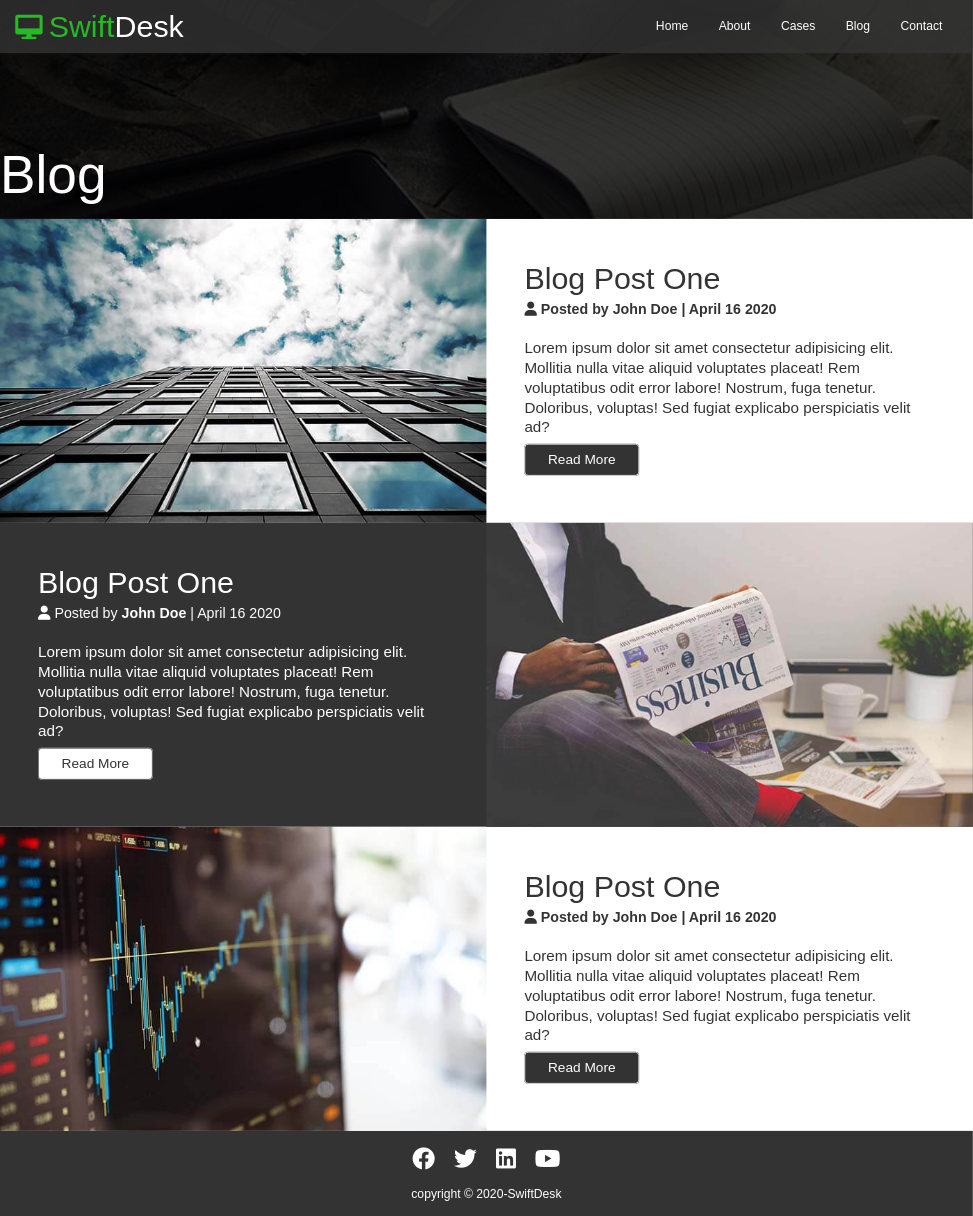
Repository: reemoon-ctrl/swiftdisk-Website-Flexbox
Page: blog.html
These files come from the project's save history. The page is drawn as it stood at one moment and after a run of saves; the edit follows.
The browser window is 1280 px wide. The pictures show the whole page, at 76% of full size.

Above is the page before, as saved 2024-07-29 13:14:03.

### blog.html
<!DOCTYPE html>
<html lang="en">
<head>
    <meta charset="UTF-8">
    <meta name="viewport" content="width=device-width, initial-scale=1.0">
    <title>
        Swift Desk
    </title>
    <link rel="stylesheet" href="https://cdnjs.cloudflare.com/ajax/libs/font-awesome/6.0.0-beta3/css/all.min.css">

    <link rel="stylesheet" href="index.css">
    <link rel="stylesheet" href="media.css">
</head>
<body>
    <div class="blog-case" id="blog-case">
        <header>
            <div class="nav-bar">
                <div class="title-bar">
                    <i class="fas fa-desktop fa-2x" style="color: rgb(37, 187, 37)"></i>
                    <h1 class="title"><span class="fword"> Swift</span>Desk</h1>
                </div>
                <div class="link-bar">
                    <a href="index.html">Home</a>
                    <a href="index.html#about">About</a>
                    <a href="index.html#cases">Cases</a>
                    <a href="index.html#blog">Blog</a>
                    <a href="index.html#contact">Contact</a>
                </div>
            </div>
            <h1 class="blog-h1">Blog</h1>

        </header>
    </div>
    <div>
        <div class="blog-light" id="blog">

            <div class="blog-content-light">

                <h2>Blog Post One</h2>
                <h3><i class="fas fa-user"></i> Posted by <span class="author">John Doe</span> | April 16 2020</h3>
                <p>Lorem ipsum dolor sit amet consectetur
                    adipisicing elit. Mollitia nulla vitae aliquid voluptates placeat! Rem voluptatibus odit error labore! Nostrum, fuga tenetur. Doloribus, voluptas! Sed
                    fugiat explicabo perspiciatis velit ad?</p>
                <a href="index.html">Read More</a>
            </div>
            <div class="img-light"></div>
        </div>
    </div>
    <div>
        <div class="blog-dark" id="blog">
            <div class="img-dark"></div>
            <div class="blog-content-dark">

                <h2>Blog Post One</h2>
                <h3><i class="fa-solid fa-user"></i> Posted by <span class="author">John Doe</span> | April 16 2020</h3>
                <p>Lorem ipsum dolor sit amet consectetur
                    adipisicing elit. Mollitia nulla vitae aliquid voluptates placeat! Rem voluptatibus odit error labore! Nostrum, fuga tenetur. Doloribus, voluptas! Sed
                    fugiat explicabo perspiciatis velit ad?</p>
                <a href="index.html">Read More</a>
             </div>
        </div>
    </div>
    <div class="last-blog">
        <div class="blog-light" id="blog">

            <div class="blog-content-light">

                <h2>Blog Post One</h2>
                <h3><i class="fa-solid fa-user"></i> Posted by <span class="author">John Doe</span> | April 16 2020</h3>
                <p>Lorem ipsum dolor sit amet consectetur
                    adipisicing elit. Mollitia nulla vitae aliquid voluptates placeat! Rem voluptatibus odit error labore! Nostrum, fuga tenetur. Doloribus, voluptas! Sed
                    fugiat explicabo perspiciatis velit ad?</p>
                <a href="index.html">Read More</a>
            </div>
            <div class="img-light"></div>
        </div>
    </div>


    <footer>
            <ul class="footer-icon">
                <li><a href=""><i class="fa-brands fa-facebook"></i></a></li>
                <li><a href=""><i class="fa-brands fa-twitter"></i></a></li>
                <li><a href=""><i class="fa-brands fa-linkedin"></i></a></li>
                <li><a href=""><i class="fa-brands fa-youtube"></i></a></li>
            </ul>
            <p>copyright &copy; 2020-SwiftDesk</p>
    </footer>

</body>
</html>

### index.css
@import url('https://fonts.googleapis.com/css2?family=Open+Sans:ital,wght@0,300..800;1,300..800&family=Poppins:ital,wght@0,100;0,200;0,300;0,400;0,500;0,600;0,700;0,800;0,900;1,100;1,200;1,300;1,400;1,500;1,600;1,700;1,800;1,900&display=swap');


*{
    box-sizing: border-box;
    margin: 0;
    padding: 0;
}

body{
    font-family: 'Open Sans ', sans-serif;
}
h1,h2{
    font-weight: 300;
}
.nav-bar{
    display: flex;
    justify-content:space-between ;
    padding: 20px 20px;
    color:#fff;
    background-color: #333333cd;
    position: fixed;
    top: 0px;
    height:70px;
    width:100vw;
}
.title-bar{
    align-items: center;
    flex-grow: 1;
    display: flex;
    gap:.5rem;


}
.title-bar h1{
    display:inline-block;
    font-size:2.5rem;
    font-weight: 400;
}

.link-bar{

    /* flex-grow:1 ; */
    align-self: center;
    display: flex;
}
.link-bar a{
    padding: 23.5px 20px;
    color:#fff;
    text-decoration: none;


}
.link-bar a:hover{
    border-bottom: 2px #25bb25 solid;
}
.fword{
    color:#25bb25;
}
.show-case{
   height:100vh;
   text-align: center;
   color:#fff;
   position: relative;
   background:  url('img/home/showcase.jpg') no-repeat center center/cover;
}
.show-case *{
    z-index: 10;
}
.show-case::before{
    content:'';
    position: absolute;
    background: hsla(0%, 0%, 0%, 0.5);
    left: 0;
    top:0;
    width: 100%;
    height:100%;
}
.hd-content{
    padding-top: 18rem;
}
.hd-content h1{
    font-size: 3rem;
}
.hd-content p{
    font-size: 1.5rem;
    padding-top: .8rem;
    padding-bottom: .8rem;
}
.hd-content a{
    color: #fff;
    background:#45c745 ;
    padding: 10px 30px;
    border-radius: 5px;
    text-decoration: none;
    text-align: center;
    display: inline-block;
}
.about-section ul{
    display: flex;
    list-style: none;
    gap: 20px;

}
.about-srvice{
    padding: 50px ;
}
.about-srvice li{
    text-align: center;
}
.about-srvice li i{
    background-color: rgb(69, 199, 69);
    color:#fff;
    width:70px;
    height: 70px;
    border-radius: 70px;
    font-size: 40px;
    padding-top:15px ;


}
.about-srvice li h3{
    padding-top: 20px;
}
.about-srvice li p{
    padding-top: 20px;
    padding-bottom: 30px;
    font-size: 20px;
    color: dimgrey;
}

.solutions{
    display:flex;
    background: #45c745;

}
.solutions .img{
    width:50%;
    background: url('/img/home/people.jpg') center center/cover no-repeat;

}
.solution-content{
    color:#fff;
    padding:20px 30px;
    height:25rem;
    width: 50%;
}
.solution-content h2{
    font-size: 40px;
    font-weight: 500;
    padding: 1.5rem 0px;
}
.solution-content p{
    font-size: 20px;
    line-height: 1.3;
    margin-bottom: 20px;
}
.solution-content a{
    padding: 10px 40px;
    border: 1px solid;
    color:#fff;
    text-decoration: none;
    border-radius: 5px;
    font-size: 18px;
    display: inline-block;

}
.Business-case{
    width: 100vw;
}
.Business-case-content{
    text-align: center;
    padding-left: 30px;
    padding-right: 30px;
}
.Business-case-content h3{
    padding: 30px 0px;
}
.Business-case-content h2{
   padding-bottom: 30px;
    font-size: 40px;
    font-weight: 500;
}
.Business-case-content p{
    padding-bottom: 30px;
    font-size: 20px;
}
.BC-image{
    display: grid;
    grid-template-columns:25% 25% 25% 25%;
   gap: 20px;
   padding: 40px 0px;
}
.BCimg{
    width: 100%;
    height:100%;
    object-fit: cover;


}
.BCimg:hover{
    opacity: 0.7;
}
/* //////////////////////////////////// */
.blog{
    display:flex;
    background: #5145f3;
    flex-direction: row-reverse;

}
.img{
    width:50%;
    background: url('/img/home/blog.jpg') center center/cover no-repeat;

}
.blog-content{
    color:#fff;
    padding:20px 30px;
    height:25rem;
    width: 50%;
}
.blog-content h2{
    font-size: 40px;
    font-weight: 500;
    padding: 1.5rem 0px;
}
.blog-content p{
    font-size: 20px;
    line-height: 1.3;
    margin-bottom: 20px;
}
.blog-content a{
    padding: 10px 40px;
    border: 1px solid;
    color:#fff;
    text-decoration: none;
    border-radius: 5px;
    font-size: 18px;
    display: inline-block;

}
.our-team{
    padding-bottom: 40px;
}
.team-image{
    display: flex;
    justify-content: space-around;
    width: 100vw;
    list-style: none;
    text-align: center;

}
.team-image li h4{
    padding: 15px;
}
.tmimg{
    width: 90%;
    height:70%;
    border-radius: 70%;

}
.request{
    display: flex;
    background-color: #f4f4f4;
}
.request .img{
    background: url(/img/home/contact.jpg);
}
.form-content{
    color:#333;
    padding:20px 30px;
    height:25rem;
    width: 50%;
}
.form-content h2{
    color:#333;
    font-size: 40px;
    font-weight: 500;
    padding: 1.5rem 0px;
    font-weight:lighter;
}
.requwst-form{
    display: flex;
    flex-direction: column;
    gap :20px;

}
.requwst-form input{
border: #ddd;
color: #333;
font-size: 15px;
padding: 10px;
}
.requwst-form input:focus{
    outline-color:#25bb25 ;
}
.requwst-form input[type=submit]{
    background: #25bb25;
    color:#fff;
    cursor: pointer;
    border-radius: 5px;


}
.requwst-form input[type=submit]:hover{
    background-color: #6de66d;

}
footer{
    background: #333;
    padding: 20px ;
}
.footer-icon{
    display: flex;
    align-items: center;
    justify-content: center;
    gap:25px;
}
.footer-icon li{
    list-style: none;
}
.footer-icon li a{
    color: #fff;
    font-size: 30px;
}
.footer-icon li a:hover{
    color: #45c745;
}

footer p{
    text-align: center;
    color: #fff;
    padding-top: 20px;

}
/* //////////blog page//////////////// */
.blog-case{
    height:40vh;
    text-align: center;
    color:#fff;
    position: relative;
    background:  url('img/home/blog.jpg') no-repeat center center/cover ;
 }


 .blog-case::before{
    content:'';
    position: absolute;
    background: hsla(0, 0%, 0%, 0.8);
    left: 0;
    top:0;
    width: 100%;
    height:100%;

 }
.blog-h1{
    height:100%;
    font-size: 70px;
    font-weight: 400;
    padding-top: 190px;
    margin-left: ;
    text-align: center;
    position:fixed;

 }
 .blog-light{
    display:flex;
    background: #fff;
    flex-direction: row-reverse;

}
.img-light{
    width:50%;
    background: url('/img/blog/blog1.jpg') center center/cover no-repeat;

}
.blog-content-light{
    color:#333;
    padding:20px 30px;
    height:25rem;
    width: 50%;
    padding: 50px;
}
.blog-content-light h2{

    font-size: 40px;
    font-weight: 500;
    padding: .4rem 0px;
}
.blog-content-light h3{
    padding-bottom: 1.7rem;
}
.blog-content-light p{
    font-size: 20px;
    line-height: 1.3;
    margin-bottom: 20px;
}
.blog-content-light a{
    padding: 10px 30px;
    border: 1px solid;
    color:#fff;
    background-color: #333;
    text-decoration: none;
    border-radius: 5px;
    font-size: 18px;

}
.blog-dark{
    display:flex;
    background: #333;
    flex-direction: row-reverse;

}
.img-dark{
    width:50%;
    height:25rem;
    background: url('/img/blog/blog2.jpg') center center/cover no-repeat;

}
.blog-content-dark{
    color:#fff;
    padding:20px 30px;
    height:25rem;
    width: 50%;
    padding: 50px;
}
.blog-content-dark h2{
    font-size: 40px;
    font-weight: 500;
    padding: .4rem 0px;
}
.blog-content-dark h3{
    padding-bottom: 1.7rem;
    font-weight:normal;
}
.blog-content-dark p{
    font-size: 20px;
    line-height: 1.3;
    margin-bottom: 20px;
}
.blog-content-dark a{
    padding: 10px 30px;
    border: 1px solid;
    color:#333;
    background-color: #fff;
    text-decoration: none;
    border-radius: 5px;
    font-size: 18px;

}
.last-blog .img-light{
    width:50%;
    background: url('/img/blog/blog3.jpg') center center/cover no-repeat;

}
.author{
    font-weight: 700;
}

### media.css
@media screen and (max-width:768px){
    .show-case{
        height:50vh;
    }
    .nav-bar{
        flex-direction: column;
        height:140px;
        justify-content: center;
        align-items: center;

    }
    .hd-content{
        padding-top: 15rem;
    }
    .hd-content h1{
        font-size: 1.5rem;
    }
    .hd-content p{
        font-size: .7rem;
        padding-top: .8rem;
        padding-bottom: .8rem;
    }
    .about-section ul{
        flex-direction: column;
    }
    .solutions{
        flex-direction: column;
    }
    .solutions .img{
        width:100%;
        height: 25rem;
    }
    .solution-content{
        width:100%;
        height: 100%;
    }
    .solution-content h2{
        /* font-size: 20px; */
    }
    .solution-content p{
        /* font-size: 15px;
        line-height:1.1 ; */
    }
    .BC-image{
        grid-template-columns:50% 50%;
    }
    .blog{
        flex-direction: column;

    }
    .img{
        width:100% ;
        height:10rem;
    }
    .blog-content{
        width:100%;
    }
    .team-image{
        flex-direction: column;
        gap :20px;
    }
    .request{
        flex-direction: column;
    }
    .request .img{
        width:100%;
        height:400px;
    }
    .form-content{
        width:100%;
    }
    /* blog.html */

    .blog-light{
        flex-direction: column-reverse;
    }
    .blog-content-light{
        width:100%;
    }
    .img-light{
        width:100%;
        height:25rem;
    }
    .blog-h1{
        font-size: 50px;
    }
    .blog-dark{
        flex-direction: column;
    }
    .img-dark{
        width:100%;
        height:25rem;
    }
    .blog-content-dark{
        width:100%;
    }


}

After the next 2 saves:
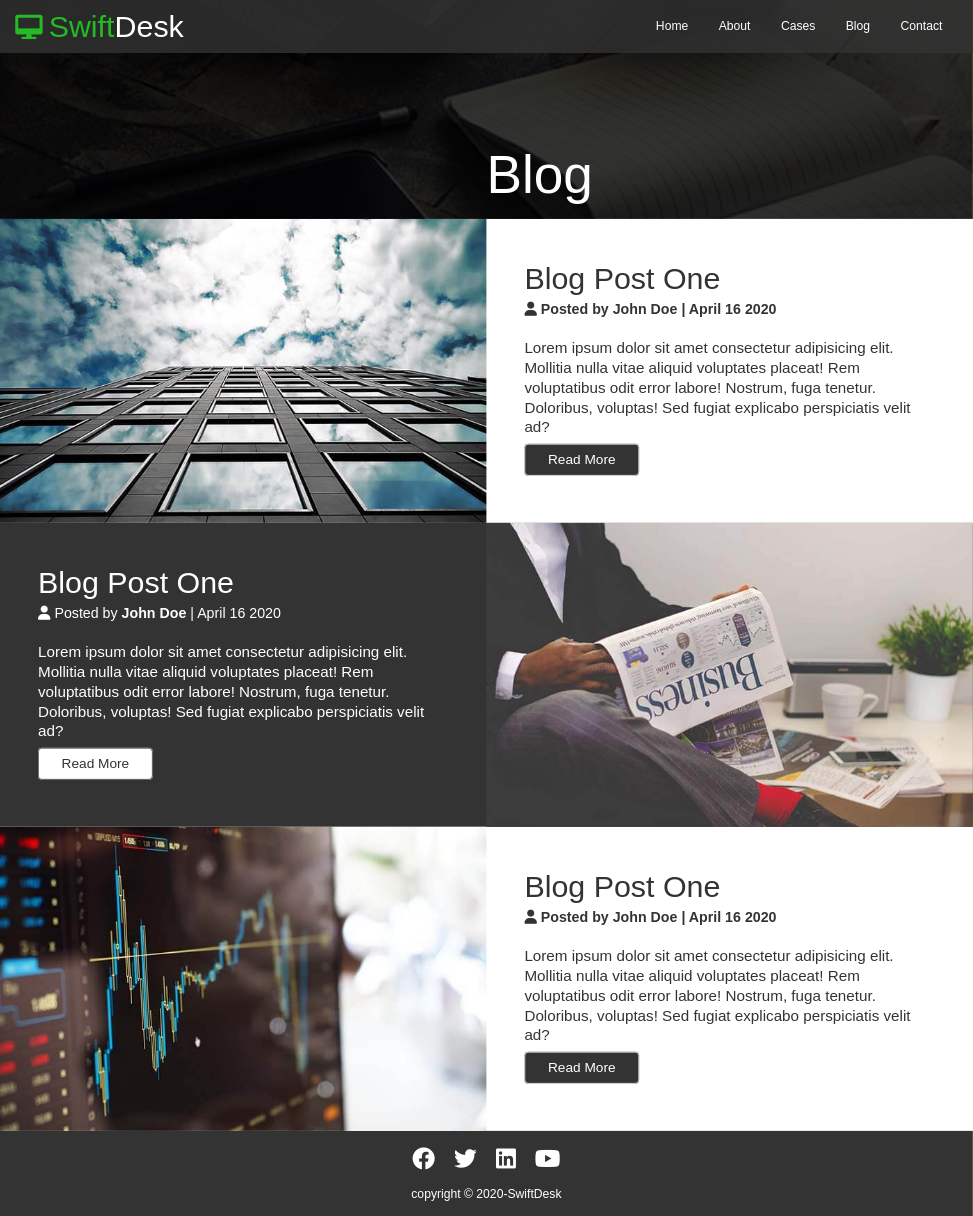
The 2 saves are shown as one change because they came seconds apart.
The last was saved 11 s later.
--- a/index.css
+++ b/index.css
@@ -358,7 +358,7 @@ footer p{
     font-size: 70px;
     font-weight: 400;
     padding-top: 190px;
-    margin-left: ;
+    margin-left: 50%;
     text-align: center;
     position:fixed;
 

After the save that followed:
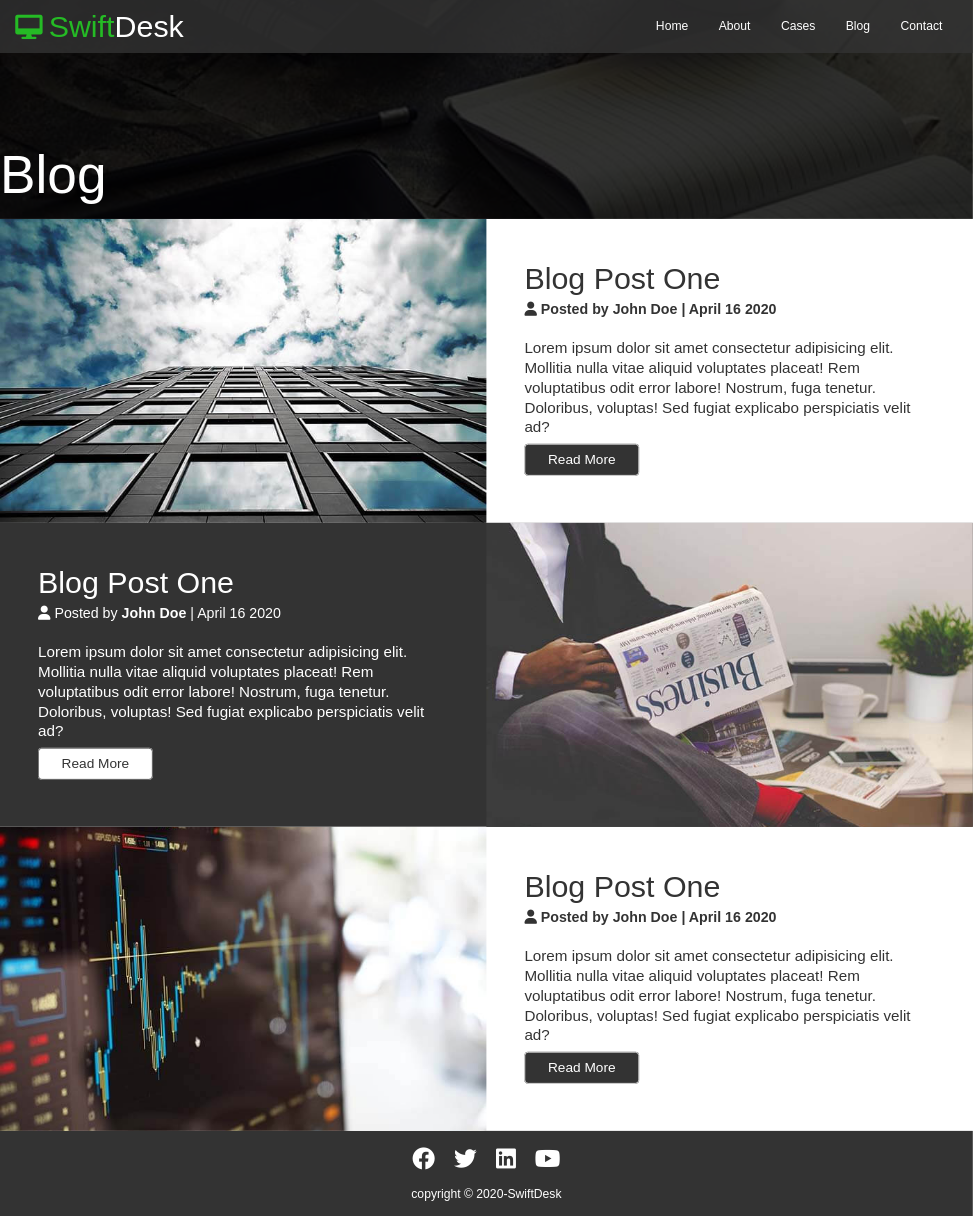
Saved 12 s later.
--- a/index.css
+++ b/index.css
@@ -358,7 +358,6 @@ footer p{
     font-size: 70px;
     font-weight: 400;
     padding-top: 190px;
-    margin-left: 50%;
     text-align: center;
     position:fixed;
 
